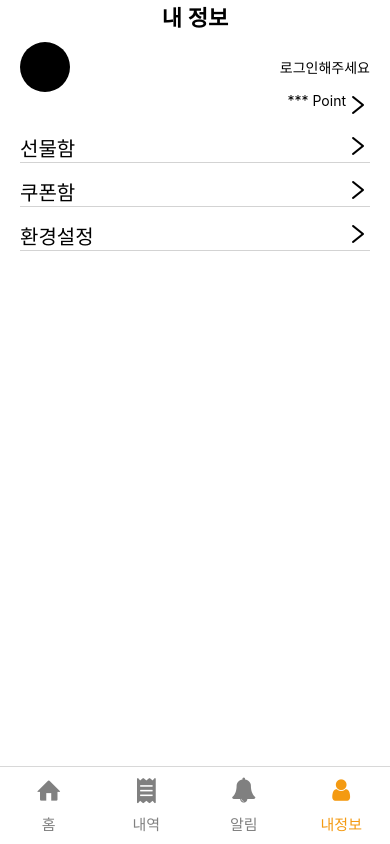
Repository: Unique0902/GachiDutch
Screen: /User
The author's editor kept a copy of each file at every save. The screen is drawn from the files as they stood at one save, then again after the next save.
The app was drawn by React Native's web renderer in a window 390 px wide. The project was rebuilt for these pictures with package versions that can differ from the ones it lists, and the page was loaded fresh each time. Some packages were replaced by stand-ins written for this rebuild. Also part of the build but not shown: sources/components/lowBar/lowBar.jsx, sources/components/taxi/taxi.jsx, sources/components/alarm/alert.js, sources/components/alarm/alarm.jsx, sources/components/dutch_history/dutch_history.jsx, sources/components/dutchpay_historys/dutchpay_historys.jsx, sources/components/delivery_historys/delivery_historys.jsx, sources/components/taxi_historys/taxi_historys.jsx and 3 more.

Above is the screen before, as saved 2022-11-11 16:41:16.

### App.js
import React from 'react';
import { StyleSheet, Text, View, Image } from 'react-native';
import Home from './sources/components/home/home';
import { NavigationContainer } from '@react-navigation/native';
import { createNativeStackNavigator } from '@react-navigation/native-stack';
import Taxi from './sources/components/taxi/taxi';
import Main from './sources/routes/main/main';
import Login from './sources/routes/login/login';
import HttpClient from './sources/network/http.js';
import ReceiptService from './sources/services/receipt.js';
import Ready from './sources/components/ready/ready';

const Stack = createNativeStackNavigator();
const baseURL = 'https://dutch-server.herokuapp.com';
const httpClient = new HttpClient(baseURL);
const receiptService = new ReceiptService(baseURL);

export default function App() {
  return (
    <>
      <NavigationContainer>
        <Stack.Navigator screenOptions={{ headerShown: false }}>
          <Stack.Screen
            name='Main'
            children={({ navigation, route }) => (
              <Main
                receiptService={receiptService}
                navigation={navigation}
                route={route}
              />
            )}
          />
          <Stack.Screen name='Taxi' component={Taxi} />
          <Stack.Screen name='Login' component={Login} />
          <Stack.Screen name='Ready' component={Ready} />
        </Stack.Navigator>
      </NavigationContainer>
    </>
  );
}

const styles = StyleSheet.create({
  header: {
    flexDirection: 'row',
    alignItems: 'center',
    justifyContent: 'space-between',
    margin: 25,
  },
  main: {},
  container: {
    flex: 1,
    backgroundColor: '#fff',
    alignItems: 'center',
    justifyContent: 'center',
  },
  logo: {
    width: 150,
    height: 30,
  },
});

### sources/components/home/home.jsx
import React, { useRef, useState, useEffect } from 'react';
import {
  StyleSheet,
  Text,
  View,
  Image,
  Button,
  Pressable,
  ScrollView,
  Dimensions,
} from 'react-native';
import { Entypo } from '@expo/vector-icons';
import { FontAwesome } from '@expo/vector-icons';
import { FontAwesome5 } from '@expo/vector-icons';
import LowBar from '../lowBar/lowBar';
import { isLogin, getUid } from '../../services/asyncstorage';
import { StatusBar } from 'react-native';

const Home = ({ login, setLogin, navigation, setUserData, userData }) => {
  const [scrollNum, setScrollNum] = useState(1);
  const windowWidth = Dimensions.get('window').width;
  const statusBarHeight = StatusBar.currentHeight;
  const headerStyle = {
    marginTop: statusBarHeight,
  };
  let advertisementWidth = windowWidth - 40;
  const scrollWidth = parseInt(advertisementWidth);
  let scrollLeft = 0;

  const advertisementStyle = () => {
    return {
      width: advertisementWidth,
    };
  };
  const pageCircleStyle = (num) => {
    if (scrollNum === num) {
      return {
        color: '#FB9700',
      };
    } else {
      return {
        color: '#FFFDD1',
      };
    }
  };
  const scrollRef = useRef();
  return (
    <View style={[styles.home, headerStyle]}>
      <View style={styles.top}>
        <View style={styles.header}>
          <Image
            source={require('../../images/dutch_logo.png')}
            style={styles.logo}
          />
          <Pressable
            onPress={() => {
              navigation.navigate('Ready');
            }}
          >
            <Entypo name='menu' size={35} color='black' />
          </Pressable>
        </View>
        <View style={styles.mainTop}>
          {login ? (
            <View style={styles.onLogin}>
              <Text style={styles.onLoginText}>
                {userData && userData.name}님 반가워요!
              </Text>
            </View>
          ) : (
            <View style={styles.login}>
              <View style={styles.loginTop}>
                <Pressable
                  style={styles.loginBtn}
                  onPress={() =>
                    navigation.navigate('Login', { setLogin, setUserData })
                  }
                >
                  <Text style={[styles.loginText, styles.loginBtnText]}>
                    로그인
                  </Text>
                </Pressable>
                <Text style={styles.loginText}>하시고</Text>
              </View>
              <Text style={styles.loginText}>다양한 혜택을 만나 보세요!</Text>
            </View>
          )}
          <View style={styles.advertisementBox}>
            <ScrollView
              horizontal
              pagingEnabled
              contentContainerStyle={styles.advertisementScroll}
              ref={scrollRef}
              onScroll={(e) => {
                scrollLeft = parseInt(e.nativeEvent.contentOffset.x);
                if (scrollLeft % scrollWidth < 10) {
                  setScrollNum(parseInt(scrollLeft / scrollWidth + 1));
                }
              }}
              scrollEventThrottle={100}
              showsHorizontalScrollIndicator={false}
            >
              <Pressable
                style={[styles.advertisement, advertisementStyle()]}
                onPress={() => {
                  navigation.navigate('Ready');
                }}
              >
                <Image
                  source={require('../../images/advertisement_img.png')}
                  style={styles.advertisementImg}
                />
                <Text style={styles.advertisementText}>
                  같이 더치로{'\n'}편리하게 이용하세요
                </Text>
              </Pressable>
              <Pressable
                style={[styles.advertisement, advertisementStyle()]}
                onPress={() => {
                  navigation.navigate('Ready');
                }}
              >
                <Image
                  source={require('../../images/advertisement_img.png')}
                  style={styles.advertisementImg}
                />
                <Text style={styles.advertisementText}>
                  같이 더치로{'\n'}편리하게 이용하세요
                </Text>
              </Pressable>
              <Pressable
                style={[styles.advertisement, advertisementStyle()]}
                onPress={() => {
                  navigation.navigate('Ready');
                }}
              >
                <Image
                  source={require('../../images/advertisement_img.png')}
                  style={styles.advertisementImg}
                />
                <Text style={styles.advertisementText}>
                  같이 더치로{'\n'}편리하게 이용하세요
                </Text>
              </Pressable>
              <Pressable
                style={[styles.advertisement, advertisementStyle()]}
                onPress={() => {
                  navigation.navigate('Ready');
                }}
              >
                <Image
                  source={require('../../images/advertisement_img.png')}
                  style={styles.advertisementImg}
                />
                <Text style={styles.advertisementText}>
                  같이 더치로{'\n'}편리하게 이용하세요
                </Text>
              </Pressable>
            </ScrollView>
            <View style={styles.pageCircles}>
              <FontAwesome
                style={[styles.pageCircle, pageCircleStyle(1)]}
                name='circle'
                size={10}
                color='white'
              />
              <FontAwesome
                style={[styles.pageCircle, pageCircleStyle(2)]}
                name='circle'
                size={10}
                color='white'
              />
              <FontAwesome
                style={[styles.pageCircle, pageCircleStyle(3)]}
                name='circle'
                size={10}
                color='white'
              />
              <FontAwesome
                style={[styles.pageCircle, pageCircleStyle(4)]}
                name='circle'
                size={10}
                color='white'
              />
            </View>
          </View>
        </View>
      </View>
      <Pressable
        style={styles.event}
        onPress={() => {
          navigation.navigate('Ready');
        }}
      >
        <View>
          <Text style={[styles.eventText, { fontSize: 20 }]}>
            이벤트 {'   '}|
          </Text>
        </View>
        <Text style={[styles.eventText, { fontSize: 15, marginLeft: 20 }]}>
          같이더치 월 결제로 10% 할인받자!
        </Text>
        <Text style={[styles.eventText, { fontSize: 20, marginLeft: 20 }]}>
          {'>'}
        </Text>
      </Pressable>

      <View style={styles.mainBottom}>
        <View style={styles.categories}>
          <View style={styles.topBtns}>
            <View style={styles.btnShadow}>
              <Pressable
                style={styles.goodsBtn}
                onPress={() => {
                  if (login) {
                    navigation.navigate('Taxi', { userData });
                  } else {
                    navigation.navigate('Login', { setLogin, setUserData });
                  }
                }}
              >
                <Image
                  source={require('../../images/taxi_img.png')}
                  style={styles.taxiImg}
                />
                <Text style={[styles.goodText, { marginTop: 20 }]}>택시</Text>
              </Pressable>
            </View>
            <View style={styles.btnShadow}>
              <Pressable
                style={styles.goodsBtn}
                onPress={() => {
                  navigation.navigate('Ready');
                }}
              >
                <Image
                  source={require('../../images/delivery_img.png')}
                  style={styles.taxiImg}
                />
                <Text style={[styles.goodText, { marginTop: 20 }]}>배달</Text>
              </Pressable>
            </View>
          </View>
          <View style={styles.downBtns}>
            <View style={styles.btnShadow}>
              <Pressable
                style={styles.downGoodsBtn}
                onPress={() => {
                  navigation.navigate('Ready');
                }}
              >
                <Image
                  source={require('../../images/taxi_human_img.png')}
                  style={styles.peopleImg}
                />
                <Text
                  style={[styles.goodText, { marginRight: 20, marginLeft: 20 }]}
                >
                  지인끼리
                </Text>
                <Image
                  source={require('../../images/location_img.png')}
                  style={styles.peopleImg}
                />
              </Pressable>
            </View>
          </View>
        </View>
      </View>
    </View>
  );
};

export default Home;

const styles = StyleSheet.create({
  home: {
    flex: 1,
    flexDirection: 'column',
  },
  loginText: {
    paddingVertical: 5,
  },
  header: {
    flexDirection: 'row',
    alignItems: 'center',
    justifyContent: 'space-between',
    margin: 0,
    flex: 1,
  },
  mainTop: {
    flex: 6,
  },
  top: {
    flex: 6,
    padding: 20,
  },
  loginBtn: {},
  login: {
    flex: 2,
    marginTop: 15,
  },
  onLogin: {
    flex: 2,
    marginTop: 15,
  },
  onLoginText: {
    marginTop: 10,
    fontSize: 25,
    fontWeight: '600',
    color: '#444444',
  },
  loginTop: {
    flexDirection: 'row',
    alignItems: 'center',
  },
  loginText: {
    fontSize: 18,
    color: '#444444',
  },
  loginBtnText: {
    color: '#F39910',
    textDecorationLine: 'underline',
    textDecorationStyle: 'solid',
    textDecorationColor: '#000',
  },
  mainBottom: {
    flex: 6,
    padding: 15,
  },
  advertisementScroll: {
    borderRadius: 15,
    position: 'relative',
  },
  advertisementBox: {
    flex: 4,
  },
  advertisement: {
    backgroundColor: '#FBBA00',
    borderRadius: 15,
    position: 'relative',
  },
  advertisementText: {
    color: 'white',
    fontSize: 20,
    fontWeight: '800',
    marginLeft: 30,
    marginTop: 25,
  },
  advertisementImg: {
    width: '100%',
    height: '87%',
    position: 'absolute',
    borderRadius: 20,
    bottom: 0,
  },
  pageCircles: {
    flexDirection: 'row',
    position: 'absolute',
    alignItems: 'center',
    bottom: 4,
    left: 140,
  },
  pageCircle: {
    marginLeft: 3,
    marginRight: 3,
  },
  event: {
    flex: 1,
    backgroundColor: '#3C4451',
    flexDirection: 'row',
    justifyContent: 'center',
    alignItems: 'center',
  },
  categories: {
    flex: 1,
  },
  topBtns: {
    flexDirection: 'row',
    flex: 3,
  },
  downBtns: {
    flex: 2,
  },
  goodsBtn: {
    borderRadius: 20,
    backgroundColor: 'white',
    width: '100%',
    height: '100%',
    alignItems: 'center',
    justifyContent: 'center',
  },
  downGoodsBtn: {
    borderRadius: 20,
    backgroundColor: 'white',
    width: '100%',
    height: '100%',
    flexDirection: 'row',
    justifyContent: 'center',
    alignItems: 'center',
  },
  goodText: {
    fontSize: 20,
    fontWeight: '600',
  },
  btnShadow: {
    flex: 1,
    shadowOffset: {
      width: 0,
      height: 1,
    },
    shadowOpacity: 0.18,
    borderRadius: 20,
    shadowRadius: 1.0,
    elevation: 1,
    margin: 5,
  },
  eventText: {
    color: 'white',
  },
  taxiImg: {
    width: 90,
    height: 90,
  },
  peopleImg: {
    width: 60,
    height: 67,
  },
  logo: {
    width: 150,
    height: 30,
  },
});

### sources/routes/main/main.jsx
import React, { useEffect, useRef, useState } from 'react';
import { View, Button, Text } from 'react-native';
import Home from '../../components/home/home';
import LowBar from '../../components/lowBar/lowBar';
import User from '../../components/user/user';
import Alarm from '../../components/alarm/alarm';
import Receipt from '../../components/receipt/receipt';
import { createBottomTabNavigator } from '@react-navigation/bottom-tabs';
import { Entypo } from '@expo/vector-icons';
import { FontAwesome } from '@expo/vector-icons';
import { FontAwesome5 } from '@expo/vector-icons';
import { isLogin, matchUserData } from '../../services/asyncstorage';

const Tab = createBottomTabNavigator();

const Main = ({ receiptService, navigation, route }) => {
  const [login, setLogin] = useState(false);
  const [userData, setUserData] = useState(null);
  useEffect(() => {
    isLogin().then((result) => {
      if (result) {
        setLogin(true);
        console.log('로그인 되어있음!');
        matchUserData(setUserData);
      } else {
        setLogin(false);
        console.log('로그인 안되어있음!');
      }
    });
  }, [login]);
  return (
    <>
      <View style={{ flex: 14 }}>
        <Tab.Navigator
          screenOptions={({ route }) => ({
            tabBarIcon: ({ color, size }) => {
              if (route.name === 'Home') {
                return <Entypo name='home' size={size} color={color} />;
              } else if (route.name === 'Receipt') {
                return (
                  <FontAwesome5 name='receipt' size={size} color={color} />
                );
              } else if (route.name === 'Alarm') {
                return <FontAwesome name='bell' size={size} color={color} />;
              } else if (route.name === 'User') {
                return <FontAwesome name='user' size={size} color={color} />;
              }
            },
            tabBarStyle: { flex: 0.1 },
            tabBarLabelStyle: {
              fontSize: 15,
              marginBottom: 10,
              fontWeight: '500',
            },
            tabBarActiveTintColor: '#F49A11',
            tabBarInactiveTintColor: 'gray',
            headerShown: false,
          })}
        >
          <Tab.Screen
            name='Home'
            options={({ route, navigation }) => {
              return { tabBarLabel: '홈' };
            }}
            children={({ navigation }) => (
              <Home
                login={login}
                setLogin={setLogin}
                navigation={navigation}
                setUserData={setUserData}
                userData={userData}
              />
            )}
          />
          <Tab.Screen
            name='Receipt'
            options={({ route, navigation }) => {
              return { tabBarLabel: '내역' };
            }}
            children={({ navigation, route }) => (
              <Receipt
                login={login}
                navigation={navigation}
                receiptService={receiptService}
                userData={userData}
                route={route}
              />
            )}
          />
          <Tab.Screen
            options={({ route, navigation }) => {
              return { tabBarLabel: '알림' };
            }}
            name='Alarm'
            children={({ navigation }) => (
              <Alarm login={login} navigation={navigation} />
            )}
          />
          <Tab.Screen
            options={({ route, navigation }) => {
              return { tabBarLabel: '내정보' };
            }}
            name='User'
            children={({ navigation }) => (
              <User
                login={login}
                setLogin={setLogin}
                navigation={navigation}
                setUserData={setUserData}
                userData={userData}
              />
            )}
          />
        </Tab.Navigator>
      </View>
    </>
  );
};

export default Main;

### sources/network/http.js
export default class HttpClient {
  constructor(baseURL) {
    this.baseURL = baseURL;
  }

  async fetch(url, options) {
    const res = await fetch(`${this.baseURL}${url}`, {
      ...options,
      headers: {
        'Content-Type': 'application/json',
        ...options.headers,
      },
    });
    let data;
    try {
      data = await res.json();
    } catch (error) {
      console.error(error);
    }

    if (res.status > 299 || res.status < 200) {
      const message =
        data && data.message ? data.message : 'Something went wrong! 🤪';
      const error = new Error(message);
      throw error;
    }
    return data;
  }
}

### sources/services/receipt.js
export default class ReceiptService {
  constructor(http) {
    this.http = http;
  }

  getTexiHistorys = async (userId) => {
    return await fetch(`${this.http}/receipt/all/${userId}`, {
      method: 'GET',
    });
  };
}

### sources/services/asyncstorage.js
import AsyncStorage from '@react-native-async-storage/async-storage';

export const isLogin = async () => {
  try {
    const loginDatas = await AsyncStorage.getItem('loginDatas');
    console.log(loginDatas);
    if (loginDatas) {
      return true;
    } else {
      return false;
    }
  } catch (e) {
    console.error(e);
  }
};

export const logout = async () => {
  try {
    await AsyncStorage.removeItem('loginDatas');
  } catch (error) {
    console.error(error);
  }
};

export const getRefreshToken = async () => {
  try {
    const loginDatas = await AsyncStorage.getItem('loginDatas');
    if (loginDatas) {
      return JSON.parse(loginDatas).refreshToken;
    }
  } catch (e) {
    console.error(e);
  }
};

export const getUid = async () => {
  try {
    const loginDatas = await AsyncStorage.getItem('loginDatas');
    if (loginDatas) {
      return JSON.parse(loginDatas).uid;
    }
  } catch (e) {
    console.error(e);
  }
};

export const matchUserData = async (setUserData) => {
  try {
    const loginDatas = await AsyncStorage.getItem('loginDatas');
    if (loginDatas) {
      return setUserData(JSON.parse(loginDatas));
    }
  } catch (e) {
    console.error(e);
  }
};

### sources/components/user/user.jsx
import React, { useEffect, useRef, useState } from 'react';
import { StatusBar } from 'react-native';
import {
  StyleSheet,
  Text,
  View,
  Pressable,
  ScrollView,
  Image,
} from 'react-native';
import { AntDesign } from '@expo/vector-icons';
import { isLogin, logout } from '../../services/asyncstorage';

export default function User({
  login,
  setLogin,
  navigation,
  setUserData,
  userData,
}) {
  const statusBarHeight = StatusBar.currentHeight;
  const headerStyle = {
    marginTop: statusBarHeight,
  };
  const onProfilePress = () => {
    console.log('profile pressed');
  };
  const onProfileInfoPress = () => {
    if (login) {
    } else {
      navigation.navigate('Login', { setLogin: setLogin });
    }
  };
  useEffect(() => {
    console.log(login);
  }, []);
  return (
    <View style={styles.container}>
      <View>
        <Text style={[styles.header, headerStyle]}>내 정보</Text>
      </View>
      <View>
        <View style={styles.profileArea}>
          <Pressable onPress={onProfilePress}>
            <Image style={styles.profileImage} />
          </Pressable>

          <Pressable
            onPress={() => {
              onProfileInfoPress();
            }}
            style={styles.infoClickArea}
          >
            <View>
              {login ? (
                <>
                  <Text style={styles.pointText}>
                    {userData && userData.name} 님
                  </Text>
                </>
              ) : (
                <>
                  <Text>로그인해주세요</Text>
                </>
              )}
            </View>
          </Pressable>
        </View>

        <Pressable
          style={{
            flexDirection: 'column',
            alignItems: 'flex-end',
            marginBottom: 15,
          }}
        >
          <View style={{ flexDirection: 'row' }}>
            <Text>*** </Text>
            <Text>Point</Text>
            <AntDesign name='right' size={24} color='black' />
          </View>
        </Pressable>
      </View>

      <ScrollView>
        {/* <Pressable style={styles.enterMenu}>
          <Text style={styles.menuText}>주문내역</Text>
          <AntDesign name='right' size={24} color='black' />
        </Pressable> */}
        <Pressable style={styles.enterMenu}>
          <Text style={styles.menuText}>선물함</Text>
          <AntDesign name='right' size={24} color='black' />
        </Pressable>
        <Pressable style={styles.enterMenu}>
          <Text style={styles.menuText}>쿠폰함</Text>
          <AntDesign name='right' size={24} color='black' />
        </Pressable>
        <Pressable style={styles.enterMenu}>
          <Text style={styles.menuText}>환경설정</Text>
          <AntDesign name='right' size={24} color='black' />
        </Pressable>
        {login && (
          <Pressable style={styles.logoutBtn}>
            <Text
              style={styles.logoutText}
              onPress={() => {
                logout().then(() => {
                  setLogin(false);
                  console.log('로그아웃됨!');
                  setUserData(null);
                  navigation.navigate('Main', { screen: 'Home' });
                });
              }}
            >
              로그아웃
            </Text>
          </Pressable>
        )}
      </ScrollView>
    </View>
    //내정보
  );
}

const styles = StyleSheet.create({
  container: {
    flex: 1,
    backgroundColor: '#fff',
    paddingHorizontal: 20,
  },
  header: {
    fontSize: 22,
    fontWeight: '600',
    alignSelf: 'center',
  },
  enterMenu: {
    justifyContent: 'space-between',
    flexDirection: 'row',
    marginBottom: 14,
    borderBottomColor: 'lightgray',
    borderBottomWidth: 0.5,
    borderStyle: 'solid',
  },
  menuText: {
    fontSize: 20,
    fontWeight: '500',
  },
  pointText: {
    fontSize: 20,
    fontWeight: '500',
  },
  profileImage: {
    width: 50,
    height: 50,
    borderRadius: 100,
    backgroundColor: 'black',
  },
  infoArea: {
    flexDirection: 'column',
  },
  infoClickArea: {
    flexDirection: 'row',
    alignItems: 'center',
    justifyContent: 'space-between',
  },
  infoText: {
    fontSize: 24,
    fontWeight: '500',
  },
  profileArea: {
    marginTop: 10,
    flexDirection: 'row',
    justifyContent: 'space-between',
  },
  logoutBtn: {},
  logoutText: {
    fontSize: 20,
    fontWeight: '500',
    color: 'red',
  },
});

Loaded but not shown: index.js (common file)

After the next save:
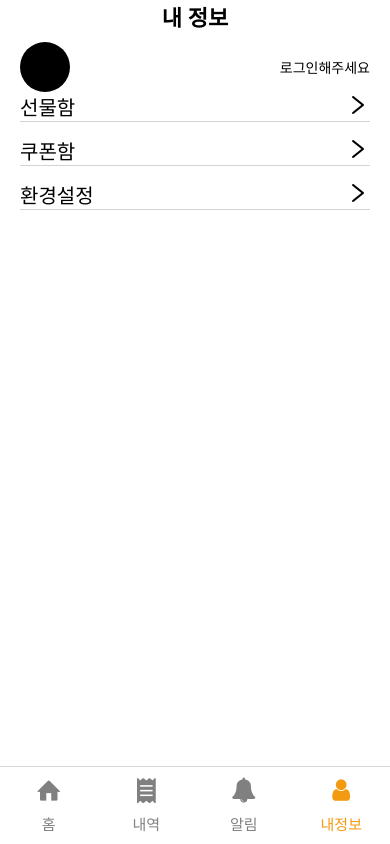
Saved 31 s later.
--- a/sources/components/user/user.jsx
+++ b/sources/components/user/user.jsx
@@ -66,8 +66,7 @@ export default function User({
             </View>
           </Pressable>
         </View>
-
-        <Pressable
+        {/* <Pressable
           style={{
             flexDirection: 'column',
             alignItems: 'flex-end',
@@ -79,7 +78,7 @@ export default function User({
             <Text>Point</Text>
             <AntDesign name='right' size={24} color='black' />
           </View>
-        </Pressable>
+        </Pressable> */}
       </View>
 
       <ScrollView>
